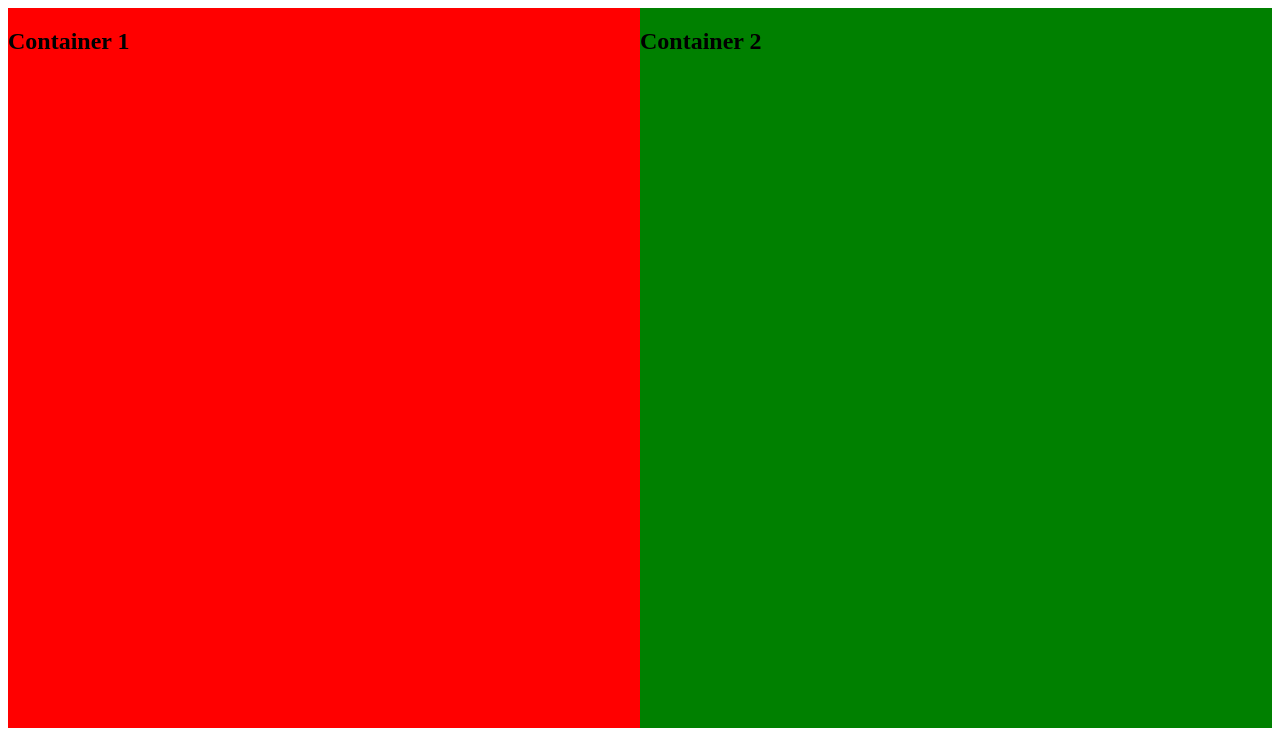
Repository: RohanSai22/harkirat-cohort-learnings
Page: Web/w1_a2.html
An editor plug-in stored every save of this project. The page is shown before and after the next save, followed by the edit.
The browser window is 1280 px wide. The pictures show the whole page.

Above is the page before, as saved 2026-03-24 11:55:42.

### Web/w1_a2.html
<html>
    <head>
        <title>Eleven Labs : Sales Page </title>
    </head>
    <body>
        <div style ="min-height: 100vh; display: flex;">
            <div style="flex:1;background-color: red;">
                <h2>Container 1</h2>
            </div>
            <div style="flex:1;background-color: green;">
                 <h2>Container 2</h2>
            </div>
        </div>
    </body>
</html>

After the next save:
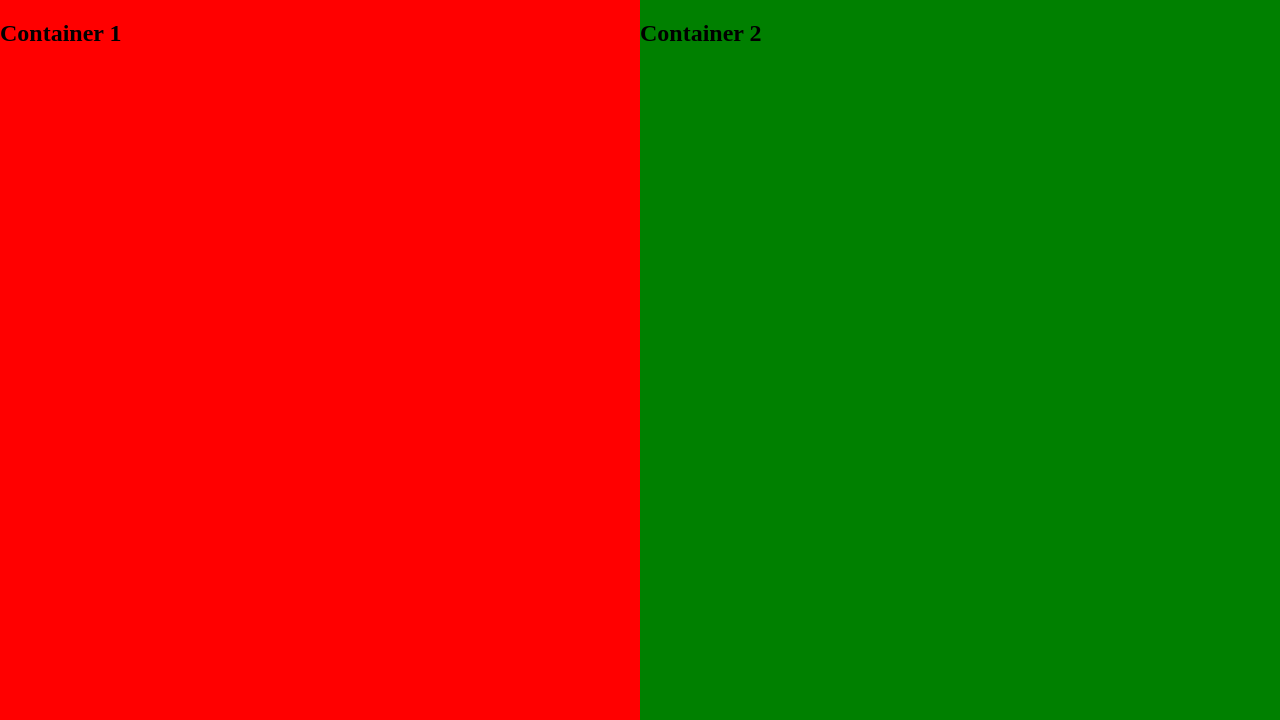
Saved 38 s later.
--- a/Web/w1_a2.html
+++ b/Web/w1_a2.html
@@ -2,7 +2,7 @@
     <head>
         <title>Eleven Labs : Sales Page </title>
     </head>
-    <body>
+    <body style="margin:0; padding:0">
         <div style ="min-height: 100vh; display: flex;">
             <div style="flex:1;background-color: red;">
                 <h2>Container 1</h2>
